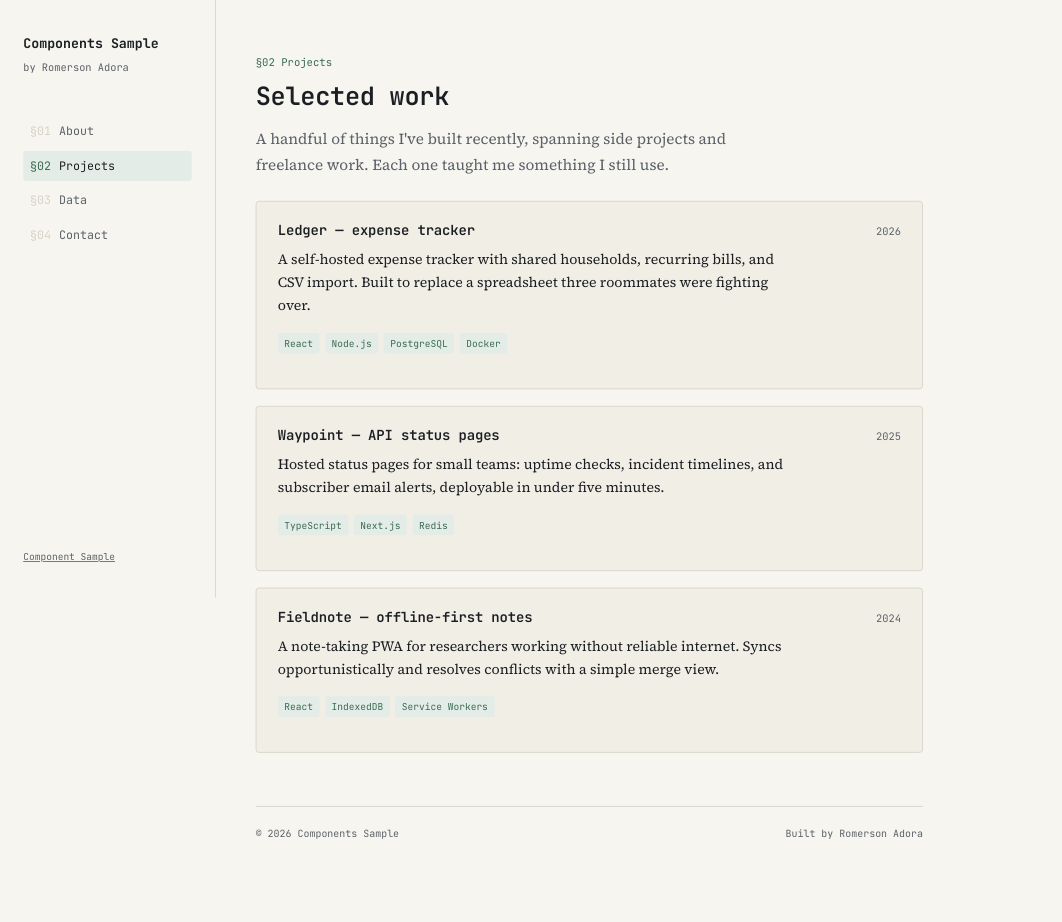
Repository: rsondev/Components-Project
Page: /projects
The author's editor kept a copy of each file at every save. The page is drawn from the files as they stood at one save, then again after the next save.
The browser window is 1280 px wide. The pictures show the whole page, at 83% of full size.
The project was rebuilt for these pictures with package versions that can differ from the ones it lists, and the page was loaded fresh each time. Also part of the build but not shown: vite.config.js, src/components/Button.jsx, src/pages/Home.jsx, src/components/DataStats.jsx, src/data/skills.js, src/pages/Data.jsx, src/components/ContactForm.jsx, src/pages/Contact.jsx.

Above is the page before, as saved 2026-09-12 13:24:10.

### index.html
<!doctype html>
<html lang="en">
  <head>
    <meta charset="UTF-8" />
    <meta name="viewport" content="width=device-width, initial-scale=1.0" />
    <title>Sample Component | By: Romerson Adora</title>
    <link rel="preconnect" href="https://fonts.googleapis.com" />
    <link rel="preconnect" href="https://fonts.gstatic.com" crossorigin />
    <link
      href="https://fonts.googleapis.com/css2?family=JetBrains+Mono:wght@400;500;600;700&family=Source+Serif+4:opsz,wght@8..60,400;8..60,500;8..60,600;8..60,700&display=swap"
      rel="stylesheet"
    />
  </head>
  <body>
    <div id="root"></div>
    <script type="module" src="/src/main.jsx"></script>
  </body>
</html>

### src/App.jsx
import React from 'react'
import { Routes, Route } from 'react-router-dom'
import Sidebar from './components/Sidebar.jsx'
import Home from './pages/Home.jsx'
import Projects from './pages/Projects.jsx'
import Data from './pages/Data.jsx'
import Contact from './pages/Contact.jsx'

export default function App() {
  return (
    <div className="layout">
      <Sidebar />
      <main className="content">
        <Routes>
          <Route path="/" element={<Home />} />
          <Route path="/projects" element={<Projects />} />
          <Route path="/data" element={<Data />} />
          <Route path="/contact" element={<Contact />} />
          <Route
            path="*"
            element={
              <>
                <div className="page-eyebrow">404</div>
                <h1 className="page-title">Page not found</h1>
                <p>That page doesn't exist. Try the nav on the left.</p>
              </>
            }
          />
        </Routes>
      </main>
    </div>
  )
}

### src/index.css
:root {
  --paper: #f7f5f0;
  --paper-alt: #f1eee6;
  --ink: #1b1f23;
  --ink-soft: #5b6168;
  --line: #d8d3c7;
  --accent: #3a6b54;
  --accent-soft: #e4ece7;
  --rust: #b5482c;
  --mono: 'JetBrains Mono', ui-monospace, 'SFMono-Regular', Menlo, monospace;
  --serif: 'Source Serif 4', Georgia, 'Times New Roman', serif;
  --content-max: 640px;
  --sidebar-w: 260px;
}

* {
  box-sizing: border-box;
}

html,
body {
  margin: 0;
  padding: 0;
}

body {
  background: var(--paper);
  color: var(--ink);
  font-family: var(--serif);
  font-size: 17px;
  line-height: 1.65;
  -webkit-font-smoothing: antialiased;
}

h1,
h2,
h3,
h4 {
  font-family: var(--mono);
  font-weight: 600;
  line-height: 1.25;
  letter-spacing: -0.01em;
  margin: 0 0 0.6em;
}

p {
  margin: 0 0 1.1em;
  max-width: 68ch;
}

a {
  color: var(--accent);
}

a:focus-visible,
button:focus-visible,
input:focus-visible,
textarea:focus-visible {
  outline: 2px solid var(--accent);
  outline-offset: 2px;
}

::selection {
  background: var(--accent-soft);
}

.layout {
  display: flex;
  min-height: 100vh;
}

/* ---------- Sidebar ---------- */

.sidebar {
  width: var(--sidebar-w);
  flex-shrink: 0;
  border-right: 1px solid var(--line);
  padding: 2.5rem 1.75rem;
  position: sticky;
  top: 0;
  height: 100vh;
  display: flex;
  flex-direction: column;
  justify-content: space-between;
}

.sidebar-top .brand {
  font-family: var(--mono);
  font-weight: 700;
  font-size: 1rem;
  color: var(--ink);
  text-decoration: none;
  display: block;
}

.sidebar-top .role {
  font-family: var(--mono);
  font-size: 0.78rem;
  color: var(--ink-soft);
  margin-top: 0.35rem;
}

.sidebar-nav {
  margin-top: 3rem;
  display: flex;
  flex-direction: column;
  gap: 0.35rem;
}

.sidebar-nav a {
  font-family: var(--mono);
  font-size: 0.88rem;
  text-decoration: none;
  color: var(--ink-soft);
  padding: 0.4rem 0.5rem;
  border-radius: 3px;
  display: flex;
  gap: 0.6rem;
}

.sidebar-nav a .tag {
  color: var(--line);
}

.sidebar-nav a:hover {
  color: var(--ink);
  background: var(--paper-alt);
}

.sidebar-nav a.active {
  color: var(--ink);
  background: var(--accent-soft);
}

.sidebar-nav a.active .tag {
  color: var(--accent);
}

.sidebar-foot {
  font-family: var(--mono);
  font-size: 0.72rem;
  color: var(--ink-soft);
}

.sidebar-foot a {
  color: var(--ink-soft);
}

/* Mobile top bar */
.topbar {
  display: none;
}

@media (max-width: 860px) {
  .sidebar {
    display: none;
  }
  .topbar {
    display: flex;
    align-items: center;
    justify-content: space-between;
    padding: 1.1rem 1.25rem;
    border-bottom: 1px solid var(--line);
    position: sticky;
    top: 0;
    background: var(--paper);
    z-index: 10;
  }
  .topbar .brand {
    font-family: var(--mono);
    font-weight: 700;
    text-decoration: none;
    color: var(--ink);
    font-size: 0.95rem;
  }
  .topbar-nav {
    display: flex;
    gap: 1rem;
  }
  .topbar-nav a {
    font-family: var(--mono);
    font-size: 0.78rem;
    text-decoration: none;
    color: var(--ink-soft);
  }
  .topbar-nav a.active {
    color: var(--accent);
  }
}

/* ---------- Main content ---------- */

.content {
  flex: 1;
  padding: 4rem 3rem 6rem;
  max-width: 900px;
}

@media (max-width: 860px) {
  .content {
    padding: 2.5rem 1.25rem 4rem;
  }
}

.page-eyebrow {
  font-family: var(--mono);
  font-size: 0.8rem;
  color: var(--accent);
  margin-bottom: 0.75rem;
}

.page-title {
  font-size: 1.9rem;
  max-width: var(--content-max);
}

.page-lede {
  font-family: var(--serif);
  font-size: 1.15rem;
  color: var(--ink-soft);
  max-width: var(--content-max);
}

.section {
  margin-top: 3.5rem;
  padding-top: 2.25rem;
  border-top: 1px solid var(--line);
}

.section-title {
  font-size: 1.05rem;
}

/* ---------- Button component ---------- */

.btn {
  font-family: var(--mono);
  font-size: 0.85rem;
  font-weight: 500;
  border-radius: 3px;
  padding: 0.65rem 1.1rem;
  border: 1px solid transparent;
  cursor: pointer;
  display: inline-flex;
  align-items: center;
  gap: 0.5rem;
  text-decoration: none;
  transition: background 0.15s ease, border-color 0.15s ease, color 0.15s ease;
}

.btn-primary {
  background: var(--ink);
  color: var(--paper);
}

.btn-primary:hover {
  background: var(--accent);
}

.btn-ghost {
  background: transparent;
  color: var(--ink);
  border-color: var(--line);
}

.btn-ghost:hover {
  border-color: var(--ink);
}

.btn:disabled {
  opacity: 0.55;
  cursor: not-allowed;
}

/* ---------- Project cards ---------- */

.project-grid {
  display: grid;
  grid-template-columns: 1fr;
  gap: 1.25rem;
  margin-top: 1.75rem;
}

.project-card {
  border: 1px solid var(--line);
  border-radius: 4px;
  padding: 1.5rem 1.6rem;
  background: var(--paper-alt);
}

.project-card-head {
  display: flex;
  justify-content: space-between;
  align-items: baseline;
  gap: 1rem;
  flex-wrap: wrap;
}

.project-card h3 {
  font-size: 1.05rem;
}

.project-year {
  font-family: var(--mono);
  font-size: 0.78rem;
  color: var(--ink-soft);
  white-space: nowrap;
}

.project-stack {
  display: flex;
  flex-wrap: wrap;
  gap: 0.4rem;
  margin: 0.9rem 0 1.1rem;
}

.chip {
  font-family: var(--mono);
  font-size: 0.72rem;
  color: var(--accent);
  background: var(--accent-soft);
  padding: 0.2rem 0.5rem;
  border-radius: 3px;
}

.project-links {
  display: flex;
  gap: 0.75rem;
  margin-top: 1rem;
}

/* ---------- Data / stats component ---------- */

.data-block {
  margin-top: 2rem;
}

.data-block-title {
  font-family: var(--mono);
  font-size: 0.85rem;
  color: var(--ink-soft);
  margin-bottom: 0.9rem;
}

.stat-row {
  display: grid;
  grid-template-columns: 140px 1fr 46px;
  align-items: center;
  gap: 1rem;
  padding: 0.55rem 0;
  border-bottom: 1px solid var(--line);
}

.stat-row:last-child {
  border-bottom: none;
}

.stat-label {
  font-family: var(--mono);
  font-size: 0.85rem;
}

.stat-track {
  height: 6px;
  background: var(--paper-alt);
  border-radius: 3px;
  overflow: hidden;
  border: 1px solid var(--line);
}

.stat-fill {
  height: 100%;
  background: var(--accent);
}

.stat-value {
  font-family: var(--mono);
  font-size: 0.78rem;
  color: var(--ink-soft);
  text-align: right;
}

.metric-grid {
  display: grid;
  grid-template-columns: repeat(auto-fit, minmax(140px, 1fr));
  gap: 1px;
  background: var(--line);
  border: 1px solid var(--line);
  margin-top: 1.5rem;
}

.metric-cell {
  background: var(--paper);
  padding: 1.1rem 1.2rem;
}

.metric-num {
  font-family: var(--mono);
  font-size: 1.6rem;
  color: var(--rust);
  display: block;
}

.metric-label {
  font-family: var(--mono);
  font-size: 0.72rem;
  color: var(--ink-soft);
  margin-top: 0.3rem;
}

/* ---------- Contact form ---------- */

.contact-form {
  max-width: var(--content-max);
  margin-top: 2rem;
  display: flex;
  flex-direction: column;
  gap: 1.25rem;
}

.field {
  display: flex;
  flex-direction: column;
  gap: 0.4rem;
}

.field label {
  font-family: var(--mono);
  font-size: 0.78rem;
  color: var(--ink-soft);
}

.field input,
.field textarea {
  font-family: var(--serif);
  font-size: 1rem;
  padding: 0.7rem 0.8rem;
  border: 1px solid var(--line);
  border-radius: 3px;
  background: var(--paper-alt);
  color: var(--ink);
  resize: vertical;
}

.field input:focus,
.field textarea:focus {
  background: var(--paper);
}

.field-error {
  font-family: var(--mono);
  font-size: 0.72rem;
  color: var(--rust);
}

.form-status {
  font-family: var(--mono);
  font-size: 0.85rem;
  padding: 0.75rem 0.9rem;
  border-radius: 3px;
  border: 1px solid var(--accent);
  background: var(--accent-soft);
  color: var(--accent);
}

/* ---------- Footer ---------- */

.page-footer {
  margin-top: 4rem;
  padding-top: 1.5rem;
  border-top: 1px solid var(--line);
  font-family: var(--mono);
  font-size: 0.75rem;
  color: var(--ink-soft);
  display: flex;
  justify-content: space-between;
  flex-wrap: wrap;
  gap: 0.5rem;
}

### src/components/Sidebar.jsx
import React from 'react'
import { NavLink } from 'react-router-dom'

const links = [
  { to: '/', label: 'About', tag: '§01' },
  { to: '/projects', label: 'Projects', tag: '§02' },
  { to: '/data', label: 'Data', tag: '§03' },
  { to: '/contact', label: 'Contact', tag: '§04' },
]

export default function Sidebar() {
  return (
    <>
      <aside className="sidebar">
        <div className="sidebar-top">
          <NavLink to="/" className="brand">
            Components Sample
          </NavLink>
          <div className="role">by Romerson Adora</div>

          <nav className="sidebar-nav">
            {links.map((link) => (
              <NavLink
                key={link.to}
                to={link.to}
                end={link.to === '/'}
                className={({ isActive }) => (isActive ? 'active' : '')}
              >
                <span className="tag">{link.tag}</span>
                {link.label}
              </NavLink>
            ))}
          </nav>
        </div>

        <div className="sidebar-foot">
          <a href="mailto:romersoncruzadora@gmail.com">Component Sample</a>
        </div>
      </aside>

      <div className="topbar">
        <NavLink to="/" className="brand">
          Alex Rivera
        </NavLink>
        <nav className="topbar-nav">
          {links.map((link) => (
            <NavLink
              key={link.to}
              to={link.to}
              end={link.to === '/'}
              className={({ isActive }) => (isActive ? 'active' : '')}
            >
              {link.label}
            </NavLink>
          ))}
        </nav>
      </div>
    </>
  )
}

### src/pages/Projects.jsx
import React from 'react'
import ProjectCard from '../components/ProjectCard.jsx'
import Footer from '../components/Footer.jsx'
import projects from '../data/projects.js'
import Button from '../components/Button.jsx'

export default function Projects() {
  return (
    <>
      <div className="page-eyebrow">§02 Projects</div>
      <h1 className="page-title">Selected work</h1>
      <p className="page-lede">
        A handful of things I've built recently, spanning side projects
        and freelance work. Each one taught me something I still use.
      </p>


      <div className="project-grid">
        {projects.map((project) => (
          <ProjectCard project={project} key={project.id} />
        ))}
      </div>

      <Footer />
    </>
  )
}

### src/components/Footer.jsx
import React from 'react'

export default function Footer() {
  return (
    <footer className="page-footer">
      <span>© {new Date().getFullYear()} Components Sample</span>
      <span>Built by Romerson Adora</span>
    </footer>
  )
}

### src/components/ProjectCard.jsx
import React from 'react'
import Button from './Button.jsx'

export default function ProjectCard({ project }) {
  const { title, year, description, stack, liveUrl, codeUrl } = project

  return (
    <article className="project-card">
      <div className="project-card-head">
        <h3>{title}</h3>
        <span className="project-year">{year}</span>
      </div>

      <p>{description}</p>

      <div className="project-stack">
        {stack.map((tech) => (
          <span className="chip" key={tech}>
            {tech}
          </span>
        ))}
      </div>

      {(liveUrl || codeUrl) && (
        <div className="project-links">
          {liveUrl && (
            <Button href={liveUrl} variant="ghost">
              View live
            </Button>
          )}
          {codeUrl && (
            <Button href={codeUrl} variant="ghost">
              View code
            </Button>
          )}
        </div>
      )}
    </article>
  )
}

### src/data/projects.js
const projects = [
  {
    id: 'proj-01',
    title: 'Ledger — expense tracker',
    year: '2026',
    description:
      'A self-hosted expense tracker with shared households, recurring bills, and CSV import. Built to replace a spreadsheet three roommates were fighting over.',
    stack: ['React', 'Node.js', 'PostgreSQL', 'Docker'],
    liveUrl: '',
    codeUrl: '',
  },
  {
    id: 'proj-02',
    title: 'Waypoint — API status pages',
    year: '2025',
    description:
      'Hosted status pages for small teams: uptime checks, incident timelines, and subscriber email alerts, deployable in under five minutes.',
    stack: ['TypeScript', 'Next.js', 'Redis'],
    liveUrl: '',
    codeUrl: '',
  },
  {
    id: 'proj-03',
    title: 'Fieldnote — offline-first notes',
    year: '2024',
    description:
      'A note-taking PWA for researchers working without reliable internet. Syncs opportunistically and resolves conflicts with a simple merge view.',
    stack: ['React', 'IndexedDB', 'Service Workers'],
    liveUrl: '',
    codeUrl: '',
  },
]

export default projects

Loaded but not shown: src/main.jsx (common file)

After the next save:
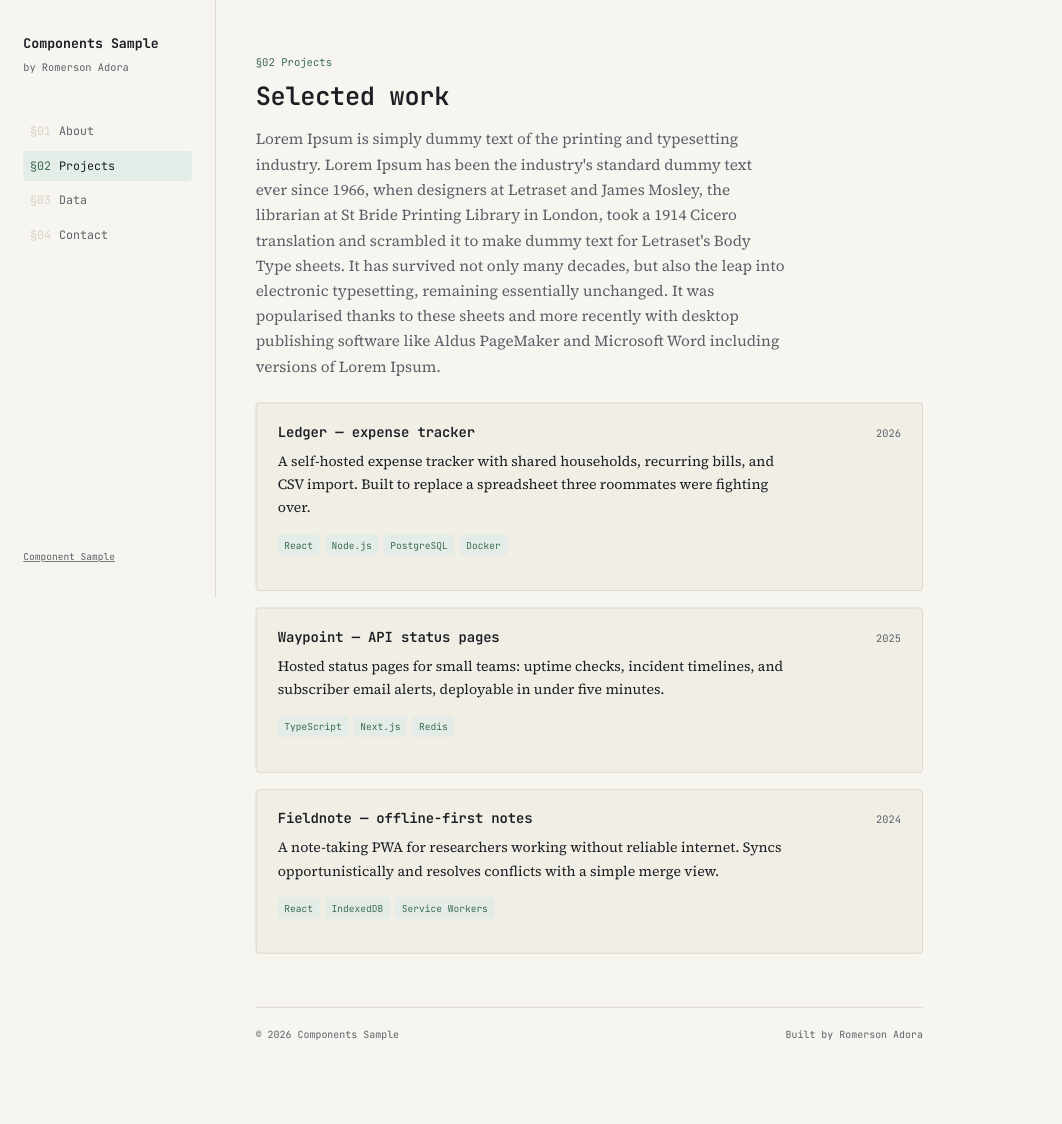
Saved 28 s later.
--- a/src/pages/Projects.jsx
+++ b/src/pages/Projects.jsx
@@ -10,8 +10,7 @@ export default function Projects() {
       <div className="page-eyebrow">§02 Projects</div>
       <h1 className="page-title">Selected work</h1>
       <p className="page-lede">
-        A handful of things I've built recently, spanning side projects
-        and freelance work. Each one taught me something I still use.
+        Lorem Ipsum is simply dummy text of the printing and typesetting industry. Lorem Ipsum has been the industry's standard dummy text ever since 1966, when designers at Letraset and James Mosley, the librarian at St Bride Printing Library in London, took a 1914 Cicero translation and scrambled it to make dummy text for Letraset's Body Type sheets. It has survived not only many decades, but also the leap into electronic typesetting, remaining essentially unchanged. It was popularised thanks to these sheets and more recently with desktop publishing software like Aldus PageMaker and Microsoft Word including versions of Lorem Ipsum.
       </p>
 
 
